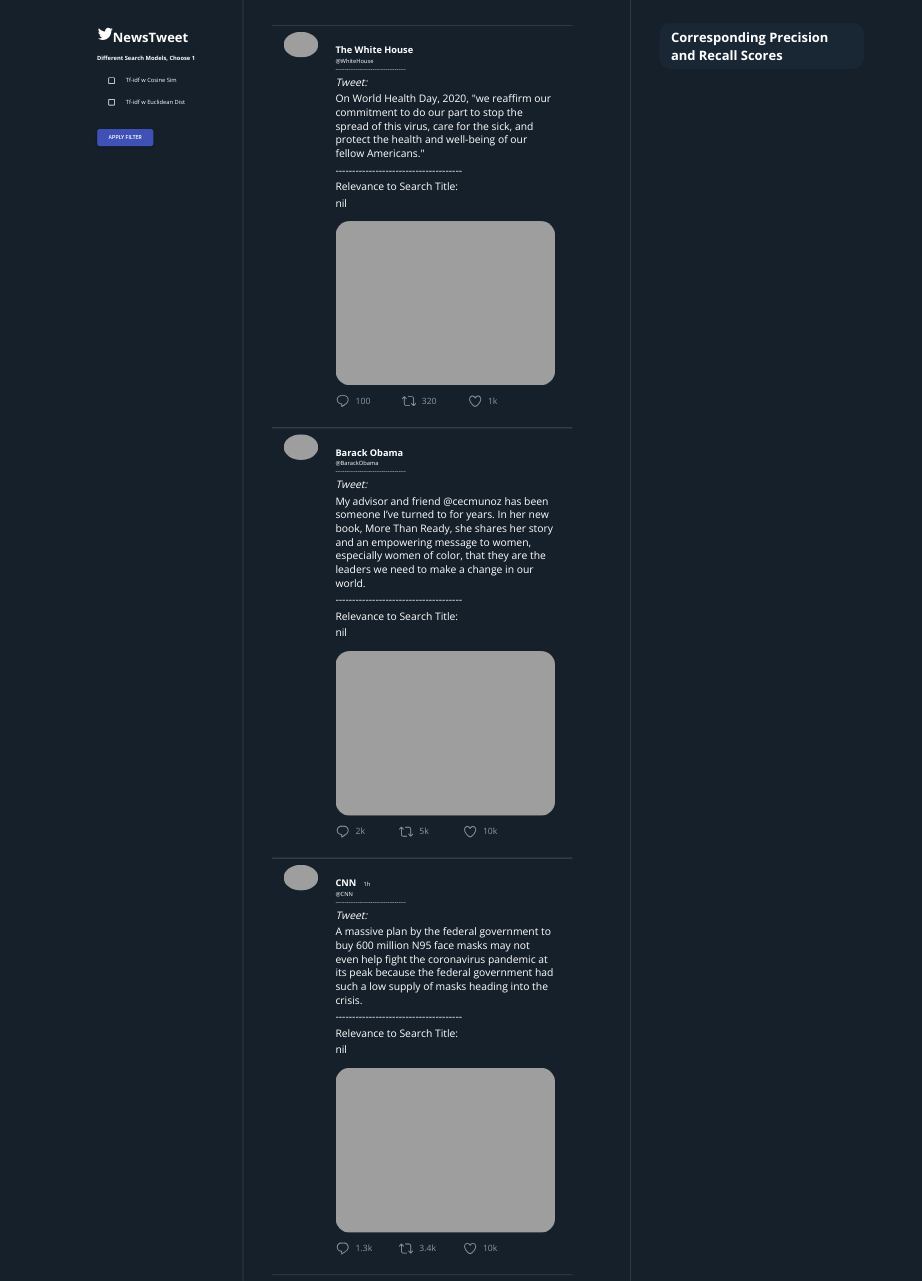
Repository: Dustyik/TwitterAIproj
Page: / (app in FrontEnd/)
These files come from the project's save history. The page is drawn as it stood at one moment and after the next save; the edit follows.
The browser window is 1280 px wide. The pictures show the whole page, at 72% of full size.
Pictures or frames that could not be fetched are drawn as grey boxes. The page's requests for data from a server got no answer. The project was rebuilt for these pictures with package versions that can differ from the ones it lists, and the page was loaded fresh each time. No one was signed in, and anything a server would have sent is missing. Also part of the build but not shown: FrontEnd/src/components/trending/Trend.js, FrontEnd/src/components/trending/TrendsList.js, FrontEnd/src/components/trending/FollowSuggestionCard.js, FrontEnd/src/styles/FollowList.css, FrontEnd/src/components/trending/FollowSuggestionsList.js, FrontEnd/src/components/StatusCard.js, FrontEnd/src/pages/Status.js, FrontEnd/src/components/profile/ProfileHead.js and 3 more.

Above is the page before, as saved 2021-08-02 23:55:38.

After the next save:
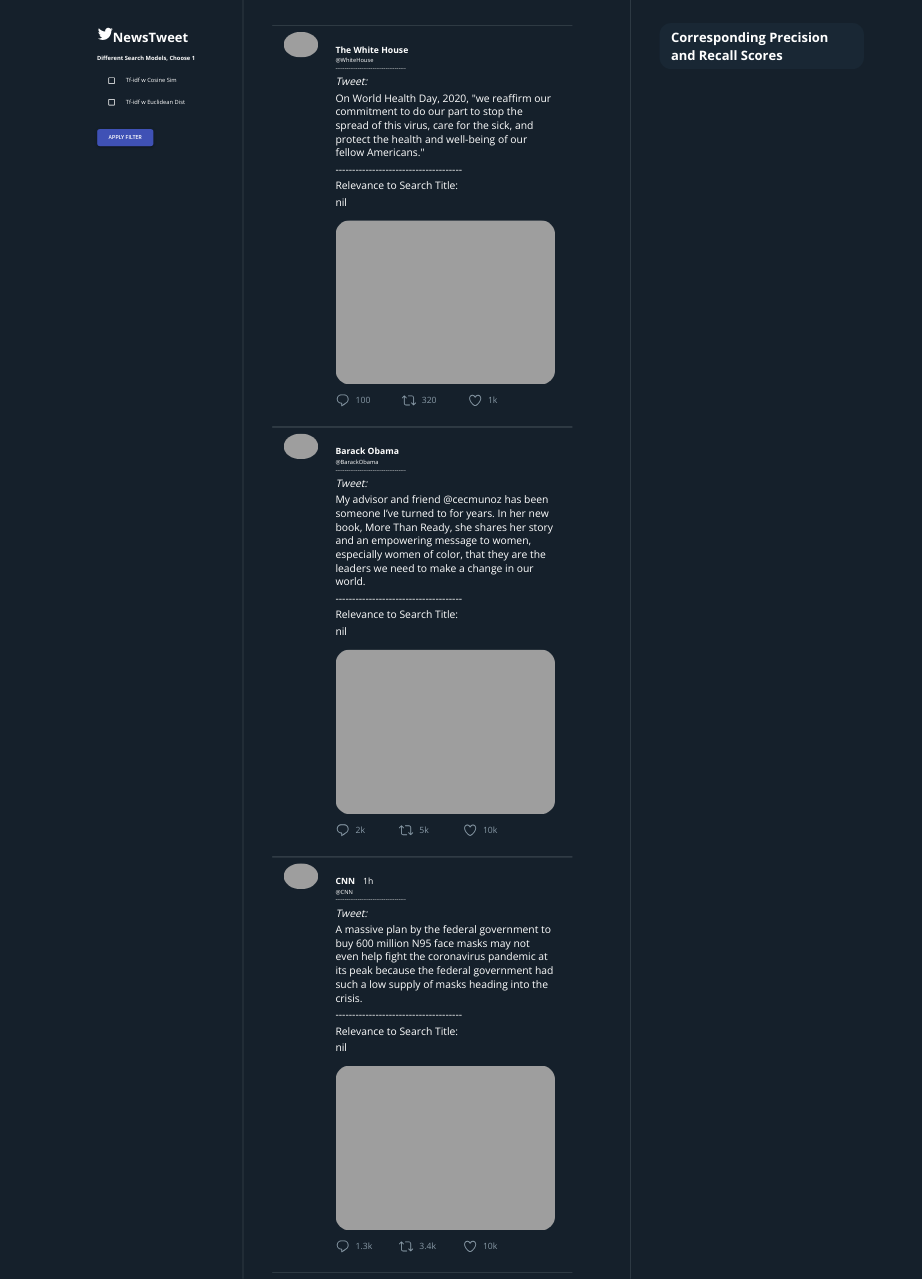
Saved 53 s later.
--- a/FrontEnd/src/styles/TweetCard.css
+++ b/FrontEnd/src/styles/TweetCard.css
@@ -15,7 +15,7 @@
 }
 
 .tweet-card .tweet-card-head .tweet-card-name {
-    font-size    : 1.6rem;
+    font-size    : 1.5rem;
     font-weight  : 300;
     padding-right: 1rem;
     font-weight: bold;
@@ -28,7 +28,7 @@
 
 .tweet-card .tweet-card-head .tweet-card-handle,
 .tweet-card-time {
-    font-size: rem;
+    font-size: 1.5rem;
     color    : var(--red);
 }
 

After the 2 saves that followed:
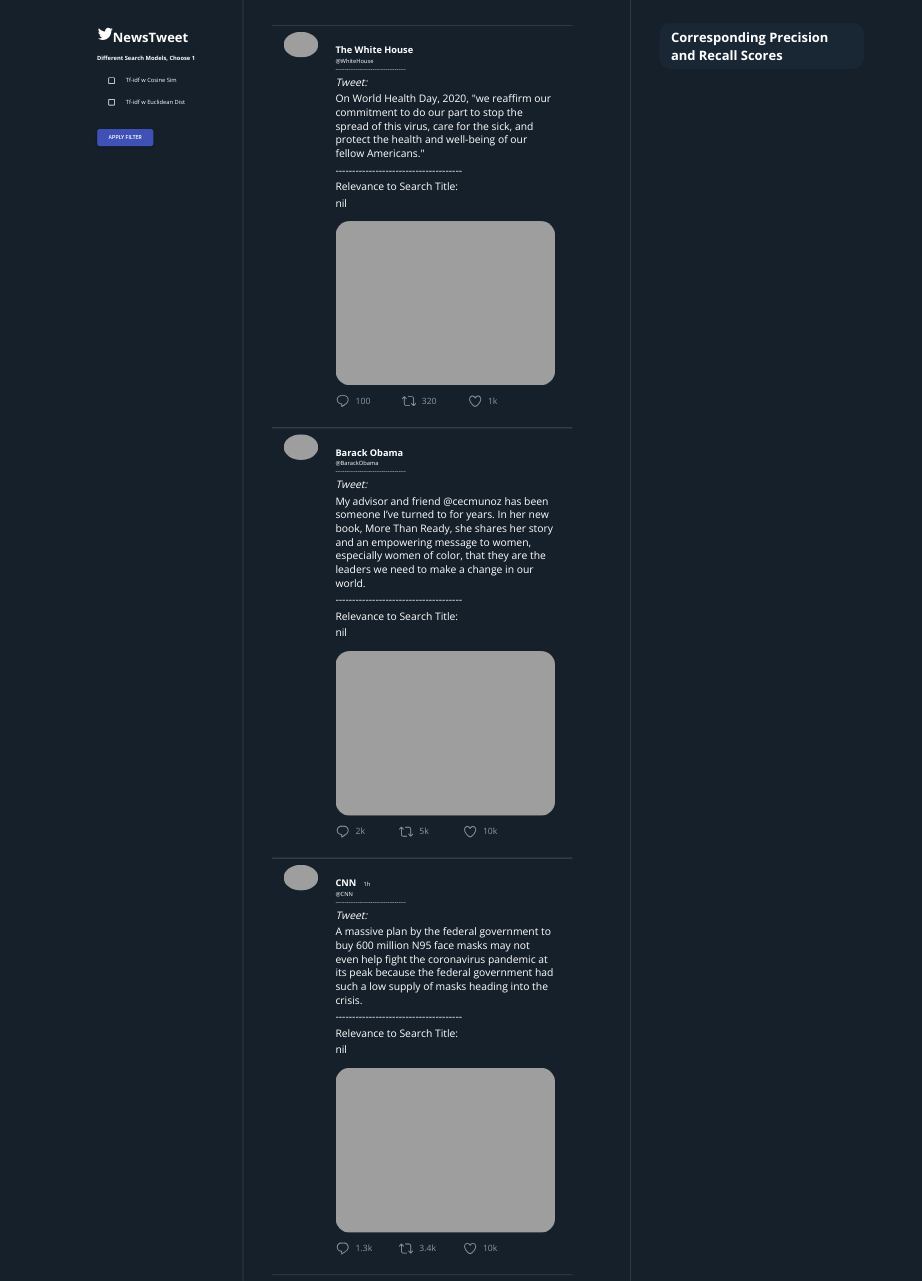
The 2 saves are shown as one change because 1 left the picture as it was.
The last was saved 17 s later.
--- a/FrontEnd/src/styles/TweetCard.css
+++ b/FrontEnd/src/styles/TweetCard.css
@@ -15,7 +15,7 @@
 }
 
 .tweet-card .tweet-card-head .tweet-card-name {
-    font-size    : 1.5rem;
+    font-size    : 1.6rem;
     font-weight  : 300;
     padding-right: 1rem;
     font-weight: bold;
@@ -28,7 +28,7 @@
 
 .tweet-card .tweet-card-head .tweet-card-handle,
 .tweet-card-time {
-    font-size: 1.5rem;
+    font-size: rem;
     color    : var(--red);
 }
 
